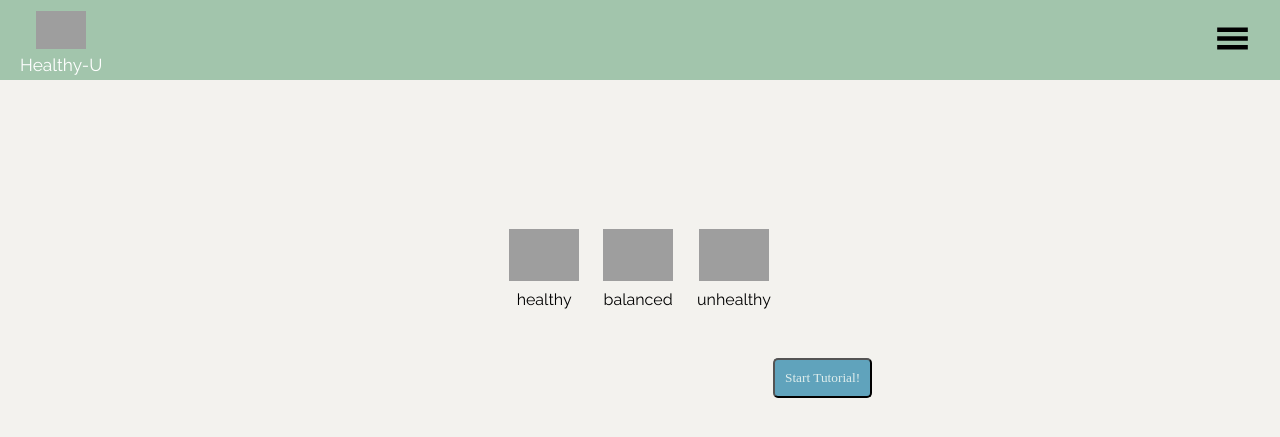
Repository: smashy09/healthy-share
Page: /InformationPage
The author's editor kept a copy of each file at every save. The page is drawn from the files as they stood at one save, then again after the next save.
The browser window is 1280 px wide. The pictures show the whole page.
Pictures or frames that could not be fetched are drawn as grey boxes. The project was rebuilt for these pictures with package versions that can differ from the ones it lists, and the page was loaded fresh each time. The framework's server and built-in components were replaced by stand-ins that run in the browser. Also part of the build but not shown: next.config.js.

Above is the page before, as saved 2020-05-14 20:38:01.

After the next save:
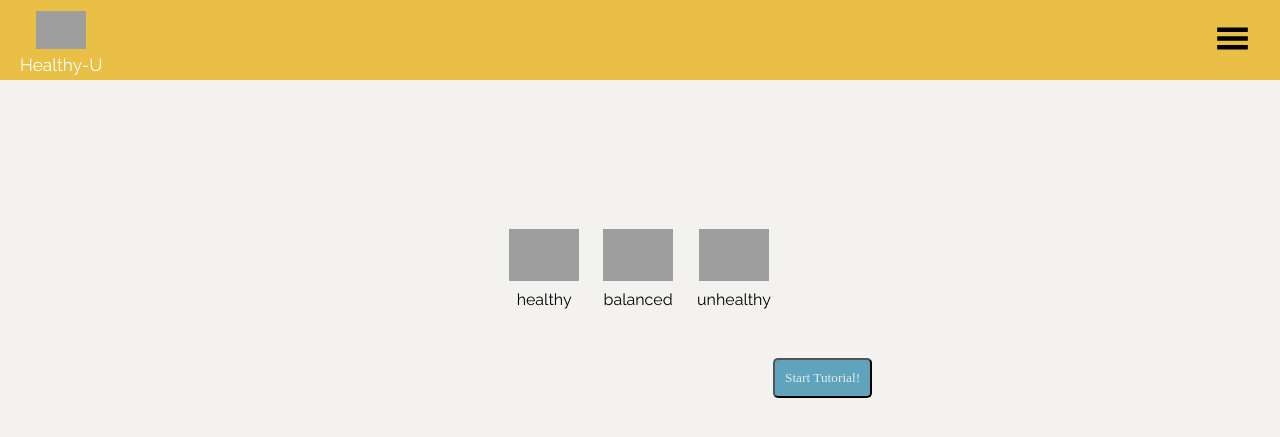
Saved 16 s later.
--- a/comps/Header/header.css
+++ b/comps/Header/header.css
@@ -5,7 +5,7 @@ body, html{
 .HeaderContainer {
     width: 100%;
     height: 80px;
-    background-color:#A2C5AC;
+    background-color:#E9BF46;
     display: inline-flex;
     align-items: center;
 }
